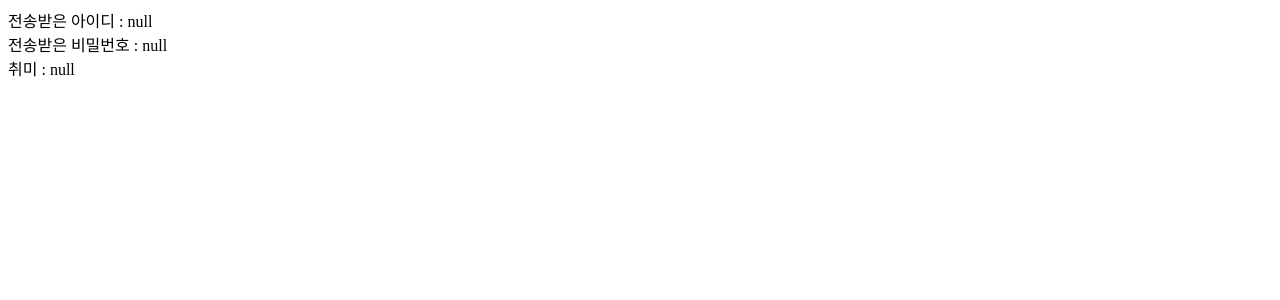
Repository: dev-leeJin/jsp-practice
Page: http://localhost/JSPBasic/JspObject/1.requests/req_param_getpost.jsp
The author's editor kept a copy of each file at every save. The page is drawn from the files as they stood at one save, then again after the next save.
The browser window is 1280 px wide. The pictures show the whole page.
The page is served by Tomcat 9.

Above is the page before, as saved 2022-02-03 06:13:40.

After the next save:
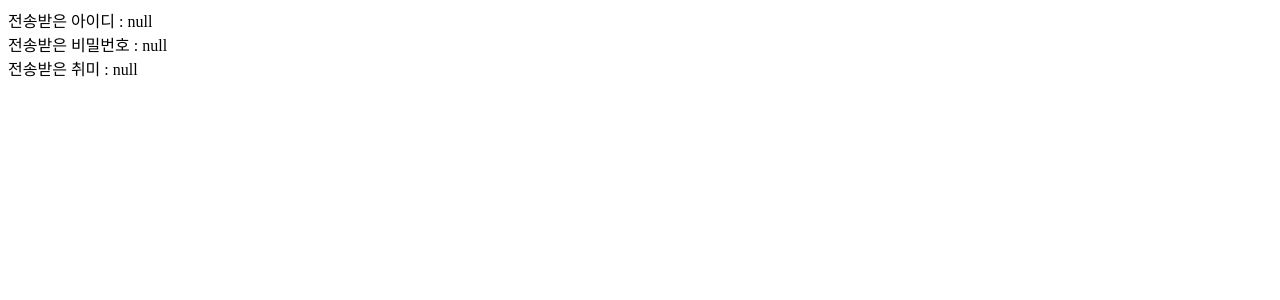
Saved 6 min 5 s later.
--- a/JSPBasic/src/main/webapp/JspObject/1.requests/req_param_getpost.jsp
+++ b/JSPBasic/src/main/webapp/JspObject/1.requests/req_param_getpost.jsp
@@ -18,7 +18,7 @@
 
 	전송받은 아이디 : <%= id %> <br/>
 	전송받은 비밀번호 : <%= pw  %> <br/>
-	취미 : <%= hobby %>
+	전송받은 취미 : <%= hobby %> <br/>
 
 </body>
 </html>
